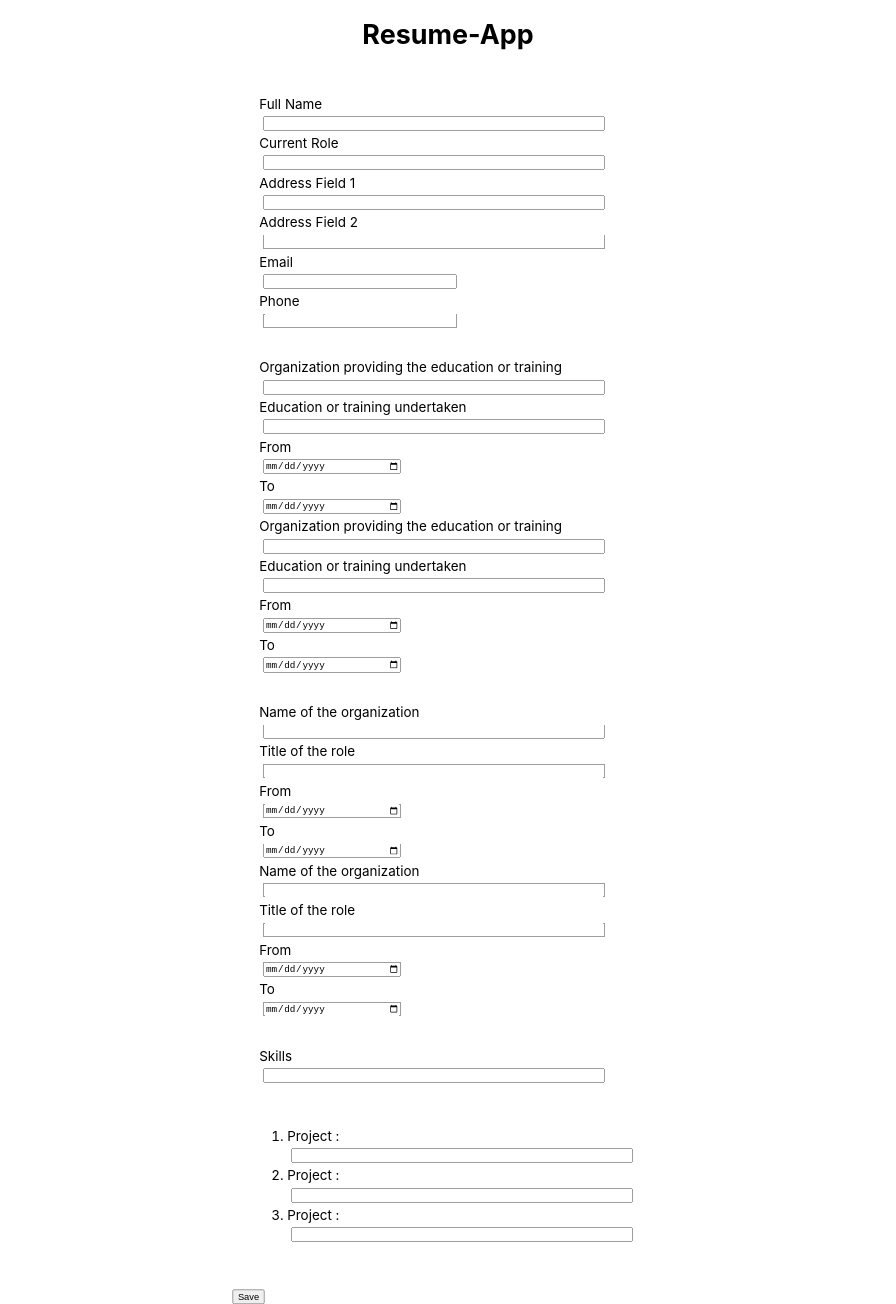
Repository: 0101chaitanya/resume-app
Page: /
These files come from the project's save history. The page is drawn as it stood at one moment and after the next save; the edit follows.
The browser window is 1280 px wide. The pictures show the whole page, at 70% of full size.
The project was rebuilt for these pictures with package versions that can differ from the ones it lists, and the page was loaded fresh each time.

Above is the page before, as saved 2021-07-28 15:45:07.

### src/App.js
import React, { useState, useEffect } from "react";
import logo from "./logo.svg";
import "./App.css";

function App() {
  const [state, setState] = useState({
    fullName: "",
    currentRole: "",
    address1: "",
    address2: "",

    schoolName1: "",
    titleOfStudy1: "",
    from1: "",
    to1: "",

    schoolName2: "",
    titleOfStudy2: "",
    from2: "",
    to2: "",

    organizationName1: "",
    titleOfRole1: "",
    workedFrom1: "",
    workedTill1: "",

    organizationName2: "",
    titleOfRole2: "",
    workedFrom2: "",
    workedTill2: "",

    skills: "",

    project1: "",
    project2: "",
    project3: "",
  });
  useEffect(() => {
    console.log(state);
  });
  const onChange = (e) => {
    const { name, value } = e.target;
    setState({
      ...state,
      [name]: value,
    });
  };
  const handleSubmit = (e) => {
    localStorage.setItem("savedData", JSON.stringify(state));
    setState({
      fullName: "",
      currentRole: "",
      address1: "",
      address2: "",

      schoolName1: "",
      titleOfStudy1: "",
      from1: "",
      to1: "",

      schoolName2: "",
      titleOfStudy2: "",
      from2: "",
      to2: "",

      organizationName1: "",
      titleOfRole1: "",
      workedFrom1: "",
      workedTill1: "",

      organizationName2: "",
      titleOfRole2: "",
      workedFrom2: "",
      workedTill2: "",

      skills: "",

      project1: "",
      project2: "",
      project3: "",
    });
    e.target.submit();
  };

  return (
    <div className="app">
      <header className="App-header">
        <h1>Resume-App</h1>
      </header>
      <form
        onSubmit={(e) => {
          e.preventDefault();
          handleSubmit(e);
        }}
      >
        <div className="section section1">
          <label htmlFor="fullName">
            Full Name
            <input
              required
              id="fullName"
              name="fullName"
              onChange={onChange}
              value={state.fullName}
              type="text"
            />
          </label>
          <label htmlFor="currentRole">
            Current Role
            <input
              required
              id="currentRole"
              name="currentRole"
              onChange={onChange}
              value={state.currentRole}
              type="text"
            />
          </label>
          <label htmlFor="address1">
            Address Field 1
            <input
              required
              id="address1"
              name="address1"
              onChange={onChange}
              value={state.address1}
              type="text"
            />
          </label>
          <label htmlFor="address2">
            Address Field 2
            <input
              required
              id="address2"
              name="address2"
              onChange={onChange}
              value={state.address2}
              type="text"
            />
          </label>
          <label htmlFor="email">
            Email
            <input
              required
              id="email"
              name="email"
              onChange={onChange}
              value={state.email}
              type="email"
            />
          </label>
          <label htmlFor="phone">
            Phone
            <input
              required
              id="phone"
              name="phone"
              onChange={onChange}
              value={state.phone}
              type="tel"
            />
          </label>
        </div>
        <div className="section section2">
          <div className="edu1">
            <label htmlFor="schoolName1">
              Organization providing the education or training
              <input
                required
                id="schoolName1"
                name="schoolName1"
                onChange={onChange}
                value={state.schoolName1}
                type="text"
              />
            </label>
            <label htmlFor="titleOfStudy1">
              Education or training undertaken
              <input
                required
                id="titleOfStudy1"
                name="titleOfStudy1"
                onChange={onChange}
                value={state.titleOfStudy1}
                type="text"
              />
            </label>
            <label htmlFor="from1">
              From
              <input
                required
                id="from1"
                name="from1"
                onChange={onChange}
                value={state.from1}
                type="date"
              />
            </label>
            <label htmlFor="to1">
              To
              <input
                required
                id="to1"
                name="to1"
                onChange={onChange}
                value={state.to1}
                type="date"
              />
            </label>
          </div>
          <div className="edu2">
            <label htmlFor="schoolName2">
              Organization providing the education or training
              <input
                required
                id="schoolName2"
                name="schoolName2"
                onChange={onChange}
                value={state.schoolName2}
                type="text"
              />
            </label>
            <label htmlFor="titleOfStudy2">
              Education or training undertaken
              <input
                required
                id="titleOfStudy2"
                name="titleOfStudy2"
                onChange={onChange}
                value={state.titleOfStudy2}
                type="text"
              />
            </label>
            <label htmlFor="from2">
              From
              <input
                required
                id="from2"
                name="from2"
                onChange={onChange}
                value={state.from2}
                type="date"
              />
            </label>
            <label htmlFor="to2">
              To
              <input
                required
                id="to2"
                name="to2"
                onChange={onChange}
                value={state.to2}
                type="date"
              />
            </label>
          </div>
        </div>
        <div className="section section3">
          <div className="job1">
            <label htmlFor="organizationName1">
              Name of the organization
              <input
                required
                id="organizationName1"
                name="organizationName1"
                onChange={onChange}
                value={state.organizationName1}
                type="text"
              />
            </label>
            <label htmlFor="titleOfRole1">
              Title of the role
              <input
                required
                id="titleOfRole1"
                name="titleOfRole1"
                onChange={onChange}
                value={state.titleOfRole1}
                type="text"
              />
            </label>
            <label htmlFor="workedFrom1">
              From
              <input
                required
                id="workedFrom1"
                name="workedFrom1"
                onChange={onChange}
                value={state.workedFrom1}
                type="date"
              />
            </label>
            <label htmlFor="workedTill1">
              To
              <input
                required
                id="workedTill1"
                name="workedTill1"
                onChange={onChange}
                value={state.workedTill1}
                type="date"
              />
            </label>
          </div>
          <div className="job2">
            <label htmlFor="organizationName2">
              Name of the organization
              <input
                id="organizationName2"
                name="organizationName2"
                onChange={onChange}
                value={state.organizationName2}
                type="text"
              />
            </label>
            <label htmlFor="titleOfRole2">
              Title of the role
              <input
                id="titleOfRole2"
                name="titleOfRole2"
                onChange={onChange}
                value={state.titleOfRole2}
                type="text"
              />
            </label>
            <label htmlFor="workedFrom2">
              From
              <input
                id="workedFrom2"
                name="workedFrom2"
                onChange={onChange}
                value={state.workedFrom2}
                type="date"
              />
            </label>
            <label htmlFor="workedTill2">
              To
              <input
                id="workedTill2"
                name="workedTill2"
                onChange={onChange}
                value={state.workedTill2}
                type="date"
              />
            </label>
          </div>
        </div>
        <div className="section section4">
          <label htmlFor="skills">
            Skills
            <input
              required
              id="skills"
              name="skills"
              onChange={onChange}
              value={state.skills}
              type="text"
            />
          </label>
        </div>
        <div className="section section5">
          <ol>
            <li>
              <label htmlFor="project1">
                Project :{" "}
                <input
                  required
                  id="project1"
                  name="project1"
                  onChange={onChange}
                  value={state.project1}
                  type="text"
                />
              </label>
            </li>
            <li>
              <label htmlFor="project2">
                Project :{" "}
                <input
                  required
                  id="project2"
                  name="project2"
                  onChange={onChange}
                  value={state.project2}
                  type="text"
                />
              </label>
            </li>
            <li>
              <label htmlFor="project3">
                Project :{" "}
                <input
                  id="project3"
                  name="project3"
                  onChange={onChange}
                  value={state.project3}
                  type="text"
                />
              </label>
            </li>
          </ol>
        </div>
        <button type="submit">Save</button>
      </form>
    </div>
  );
}

export default App;

### src/App.css
html {
  font-size: 1.2rem;
}

.app {
  margin: auto;
  display: flex;
  flex-direction: column;
  align-items: center;
}

h1 {
  text-align: center;
}
label {
  display: flex;
  flex-direction: column;
}
input[type="text"] {
  width: 25rem;
  margin: 0.3rem;
}
input[type="email"],
input[type="tel"] {
  width: 14rem;

  margin: 0.3rem;
}

input[type="date"] {
  width: 10rem;

  margin: 0.3rem;
}
.section {
  margin: 2rem;
  display: flex;
  flex-direction: column;
  justify-content: center;
}
.section1,
.section2,
.section3,
.section4,
.section5 {
}

Loaded but not shown: public/index.html (common file); src/index.js (common file); src/index.css (common file); src/reportWebVitals.js (common file)

After the next save:
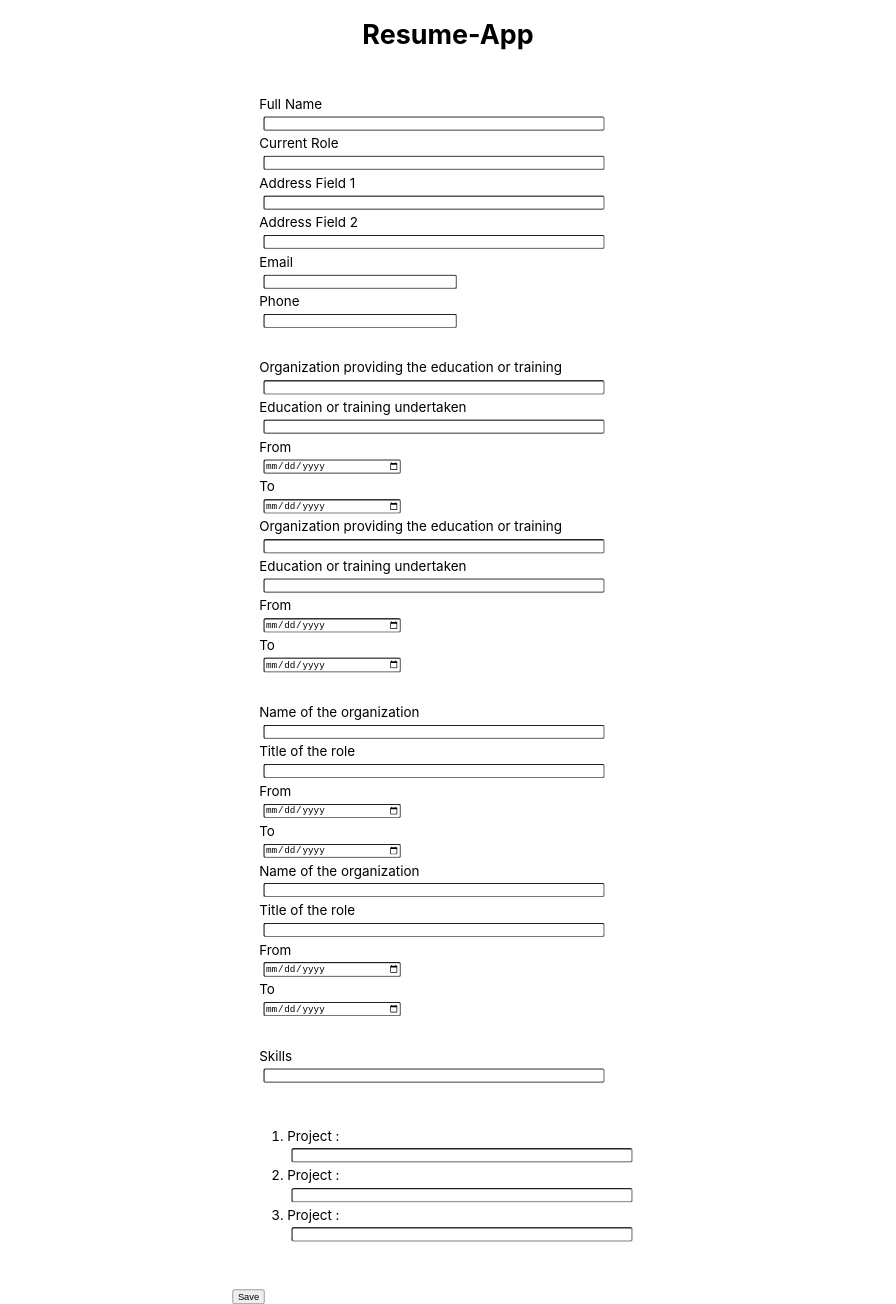
Saved 20 s later.
--- a/src/App.css
+++ b/src/App.css
@@ -1,7 +1,9 @@
 html {
   font-size: 1.2rem;
 }
-
+input {
+  border-radius: 0.2rem;
+}
 .app {
   margin: auto;
   display: flex;
